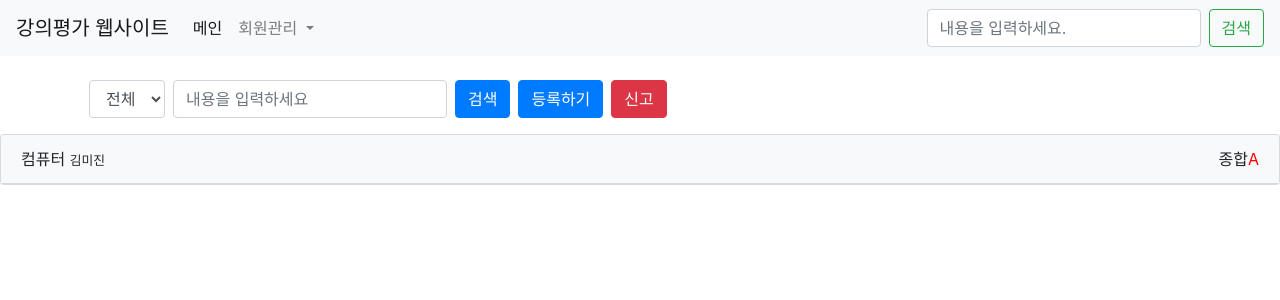
Repository: mijin99/lecture-evaluation
Page: http://localhost/Lecture_Evaluation/
An editor plug-in stored every save of this project. The page is shown before and after the next save, followed by the edit.
The browser window is 1280 px wide. The pictures show the whole page.
The page is served by Tomcat 9. Other server files are loaded and not shown.

Above is the page before, as saved 2020-12-24 17:20:53.

### Lecture Evaluation/WebContent/index.jsp
<%@ page language="java" contentType="text/html; charset=UTF-8"
    pageEncoding="UTF-8"%> <!--  한글로 -->
    <!-- PUBLIC부터 쭉 지움 -> HTML5 사용을 위해  -->
<!DOCTYPE html>
<html>
<head>
	<meta http-equiv="Content-Type" content="text/html; charset=UTF-8">
	<!-- 반응형웹이기 때문에 뷰 포트에 관련한 메타태그를 넣어줘야함 /디바이스너비                           -->
	<meta name ="viewport" content="width=device-width, initial-scale=1, Shrink-to-fit =no" >
	<title>강의평가 웹사이트</title>
	<!--  부트스트랩 css추가 -->
	<link rel="stylesheet" href="./css/bootstrap.min.css">
	<!--  커스텀 css추가 -->
	<link rel="stylesheet" href="./css/custom.css">
</head>
<body>
	<!--네비게이션  바 (HTML5부터)/부트스트랩이 제공 밝은 하양바-->
	<nav class="navbar navbar-expand-lg navbar-light bg-light">
		<!-- 부트스트랩안에서 로고 같은거 출력 -->
		<a class="navbar-brand" href="index.jsp">강의평가 웹사이트</a>
		<!-- 누르면 navbar id요소가 보였다 안보였다. -->
		<button class="navbar-toggler" type="button" data-toggle="collapse" data-target="#navbar">
			<!-- 점 3개 아이콘 -->
			<span class="navbar-toggler-icon"></span>
		</button>
		<!-- 버튼 눌러서 나타났다, 사라졌다 하는 부분  #navbar << 이거-->
		<div id="navbar" class="collapse navbar-collapse">
			<ul class="navbar-nav mr-auto">
				<li class="nav-item active">
					<a class="nav-link" href="index.jsp">메인</a>
				</li>
				<!-- 누르면 목록나옴 dropdown  -->
				<li class="nav-item dropdown">
				<!-- 눌르면 나타났다 사라졌다.. toggle -->
					<a class="nav-link dropdown-toggle" id="dropdown" data-toggle="dropdown">
						회원관리
					</a>
					<div class="dropdown-menu" aria-labelledby="dropdown">
						<a class="dropdown-item" href="#">로그인</a>
						<a class="dropdown-item" href="#">회원가입</a>
						<a class="dropdown-item" href="#">로그아웃</a>
					</div>
				</li>
			</ul>
			<!-- 검색창  -->
			<form class="form-inline my-2 my-lg-0">
				<input class="form-control mr-sm-2" type="search" placeholder="내용을 입력하세요." aria-label="Search">
					<!-- 전송버튼 -->
				<button class="btn btn-outline-success my-2 my-sm-0" type="submit">검색</button>
			</form>
		</div>
	</nav>

	<!-- 본문 내용 -->   <!-- 컨테이너 - 반응형 -->
	<section class="container">						<!-- 위로 마진 3 -->
		<form method="get" action="./index.jsp" class="form-inline mt-3">
			<!-- 강의 구분  -->								<!-- 마진 -->
			<select name="lectureDivide" class="form-control mx-1 mt-2">
				<option value="전체">전체</option>
				<option value="전공">전공</option>
				<option value="교양">교양</option>
				<option value="기타">기타</option>
			</select>
			<input type="text" name="search" class="form-control mx-1 mt-2" placeholder="내용을 입력하세요">
			<button type="submit" class="btn btn-primary mx-1 mt-2">검색</button>
			<!-- 모달창으로 강의평가 등록하기 -->						<!-- 웹페이지 위쪽 등록양식 -->
			<a class="btn btn-primary mx-1 mt-2" data-toggle="modal" href="#registerModal">등록하기</a>
			<a class="btn btn-danger mx-1 mt-2" data-toggle="modal" href="#reportModal">신고</a>
		</form>
	</section>

	<!-- 강의평가 등록했을 때 -->
	<div class="card bg-light mt-3">
		<div class="card-header bg-light">
			<div class="row">
				<div class="col-8 text-left">컴퓨터&nbsp;<small>김미진</small></div>
				<div class="col-4 text-right">
					종합<span style="color :red;">A</span>
				</div>
			</div>
		</div>
	</div>

	<!-- 등록하기 모달창 -->
	<div class="modal fade" id="registerModal" tabindex="-1" role="dialog" aria-labelledby="modal" aria-hidden="true">
		<!-- 모달창임을 알려줌 -->
		<div class="modal-dialog">
			<!-- 모달 창 안에 내용 정의-->
			<div class="modal-content">
				<!-- 헤더와 바디로 구성 -->
				<div class="modal-header">
					<h5 class="modal-title" id="modal">평가등록</h5>
					<!-- 닫기버튼 누르면 닫히게 -->
					<button type="button" class="close" data-dismiss="modal" aria-label="Close">
						<span aria-hidden="true">&times;</span>
					</button>
				</div>
				<div class="modal-body">
					<!-- 평가 등록 요청 -->
					<form action="./evaluationRegisterAction.jsp" method="post">
						<!-- 하나의 행을 여러개 열로 나눌때  1행-->
						<div class="form-row">
							<!-- 컬럼 -->
							<div class="form-group col-sm-6">
								<label>강의명</label>
								<input type="text" name="lectureName" class="form-control" maxlength="20">
							</div>
							<div class="form-group col-sm-6">
								<label>교수명</label>
								<input type="text" name="professorName" class="form-control" maxlength="20">

							</div>
						</div>

						<!-- 2행 -->
						<div class="form-row">
							<!-- 폼그룹 - 무언가 선택할 때  -->
							<div class="form-group col-sm-4">
								<label>수강 연도</label>
								<select name="lectureYear" class="form-control">
									<option value="2011">2011</option>
									<option value="2012">2012</option>
									<option value="2013">2013</option>
									<option value="2014">2014</option>
									<option value="2015">2015</option>
									<option value="2016">2016</option>
									<option value="2017">2017</option>
									<option value="2018">2018</option>
									<option value="2019">2019</option>
									<option value="2020" selected>2020</option>
									<option value="2021">2021</option>
									<option value="2022">2022</option>
									<option value="2023">2023</option>
								</select>
							</div>
							<div class="form-group col-sm-4">
								<label>수강 학기</label>
								<select name="semesterDivide" class="form-control">
									<option value="1학기" selected>1학기 </option>
									<option value="여름학기" >여름학기 </option>
									<option value="2학기" >2학기 </option>
									<option value="겨울학기" >겨울학기 </option>
								</select>
							</div>

							<div class="form-group col-sm-4">
								<label>강의 구분</label>
								<select name="lectureDivide" class="form-control">
									<option value="전공" selected>전공 </option>
									<option value="교양" >교양 </option>
									<option value="기타" >기타 </option>
								</select>
							</div>
						</div>

						<!-- 실제 강의 평가 내용 3행 -->
						<div class="form-group">
							<label>제목</label>
							<input type="text" name="evaluationTime" class="form-control" maxlength="30">
						</div>

						<div class="form-group">
							<label>내용</label>
							<textarea  name="evaluationContext" class="form-control" maxlength="2048" style="height:180px;"></textarea>
						</div>

						<!-- 1개의 행을 여러개로 -->
						<div class="form-row">
							<div class="form-group col-sm-3">
							<label>종합</label>
								<select name="totalScore" class="form-control">
									<option value="A" selected>A</option>
									<option value="B" selected>B</option>
									<option value="C" selected>C</option>
									<option value="D" selected>D</option>
									<option value="F" selected>F</option>
								</select>
							</div>

							<div class="form-group col-sm-3">
							<label>성적</label>
								<select name="creditScore" class="form-control">
									<option value="A" selected>A</option>
									<option value="B" selected>B</option>
									<option value="C" selected>C</option>
									<option value="D" selected>D</option>
									<option value="F" selected>F</option>
								</select>
							</div>

							<div class="form-group col-sm-3">
							<label>널널</label>
								<select name="comfortableScore" class="form-control">
									<option value="A" selected>A</option>
									<option value="B" selected>B</option>
									<option value="C" selected>C</option>
									<option value="D" selected>D</option>
									<option value="F" selected>F</option>
								</select>
							</div>

							<div class="form-group col-sm-3">
							<label>강의</label>
								<select name="lectureScore" class="form-control">
									<option value="A" selected>A</option>
									<option value="B" selected>B</option>
									<option value="C" selected>C</option>
									<option value="D" selected>D</option>
									<option value="F" selected>F</option>
								</select>
							</div>
						</div>
						<!-- 모달 헤더, 바디 ,푸터 -->
						<div class="modal-footer">
							<button  type="button" class="btn btn-secondary" data-dismiss="modal">취소</button>
							<button type="submit" class="btn btn-primary">등록하기</button>
						</div>
					</form>
				</div>
			</div>
		</div>
	</div>

	<!-- 신고하기 모달창 -->
	<div class="modal fade" id="reportModal" tabindex="-1" role="dialog" aria-labelledby="modal" aria-hidden="true">
			<!-- 모달창임을 알려줌 -->
			<div class="modal-dialog">
				<!-- 모달 창 안에 내용 정의-->
				<div class="modal-content">
					<!-- 헤더와 바디로 구성 -->
					<div class="modal-header">
						<h5 class="modal-title" id="modal">신고하기</h5>
						<!-- 닫기버튼 누르면 닫히게 -->
						<button type="button" class="close" data-dismiss="modal" aria-label="Close">
							<span aria-hidden="true">&times;</span>
						</button>
					</div>
					<div class="modal-body">
						<!-- 신고 요청 -->
						<form action="./reportAction.jsp" method="post">

							<!-- 실제 강의 평가 내용 3행 -->
							<div class="form-group">
								<label>신고 제목</label>
								<input type="text" name="reportTitle" class="form-control" maxlength="30">
							</div>

							<div class="form-group">
								<label>신고 내용</label>
								<textarea  name="reportContent" class="form-control" maxlength="2048" style="height:180px;"></textarea>
							</div>

							<!-- 모달 헤더, 바디 ,푸터 -->
							<div class="modal-footer">
								<button  type="button" class="btn btn-secondary" data-dismiss="modal">취소</button>
								<button type="submit" class="btn btn-danger">신고하기</button>
							</div>
						</form>
					</div>
				</div>
			</div>
		</div>

	<!-- 제이쿼리 자바스크립트 추가, 보통 바디 쪽에 아래씀 기본틀 -->
	<script src="./js/jquery.min.js"></script>
	<!-- 파퍼 자바스크립트 추가-->
	<script src="./js/popper.js"></script>
	<!-- 부트스트랩 자바스크립트 추가-->
	<script src="./js/bootstrap.min.js"></script>
</body>
</html>

### Lecture Evaluation/WebContent/css/custom.css
<!--커스텀의 경우 덮어쓰기 , 웹폰트 ,색깔 등등 -->

@import url(https://fonts.googleapis.com/earlyaccess/jejugothic.css);
@import url(http://fonts.googleapis.com/earlyaccess/nanumgothic.css);

Loaded but not shown: Lecture Evaluation/WebContent/css/bootstrap.min.css (library); Lecture Evaluation/WebContent/js/jquery.min.js (library); Lecture Evaluation/WebContent/js/popper.js (library); Lecture Evaluation/WebContent/js/bootstrap.min.js (library)

After the next save:
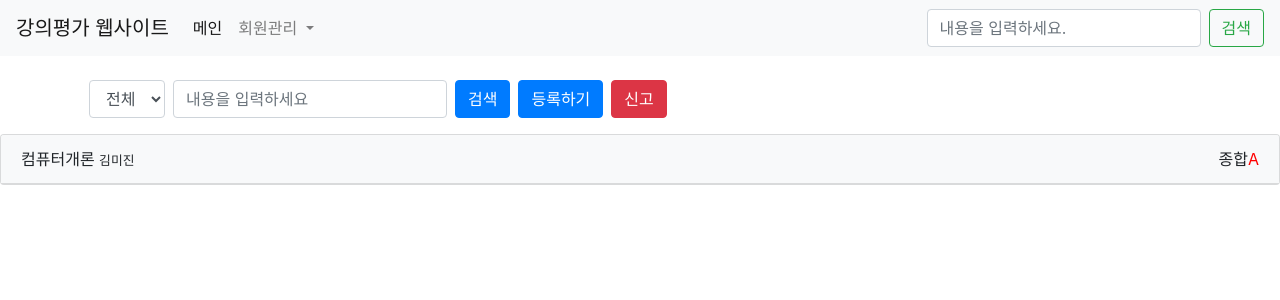
Saved 33 s later.
--- a/Lecture Evaluation/WebContent/index.jsp
+++ b/Lecture Evaluation/WebContent/index.jsp
@@ -69,11 +69,11 @@
 		</form>
 	</section>
 
-	<!-- 강의평가 등록했을 때 -->
+	<!-- 강의평가 등록했을 때 보이는 모습 -->
 	<div class="card bg-light mt-3">
 		<div class="card-header bg-light">
 			<div class="row">
-				<div class="col-8 text-left">컴퓨터&nbsp;<small>김미진</small></div>
+				<div class="col-8 text-left">컴퓨터개론&nbsp;<small>김미진</small></div>
 				<div class="col-4 text-right">
 					종합<span style="color :red;">A</span>
 				</div>
